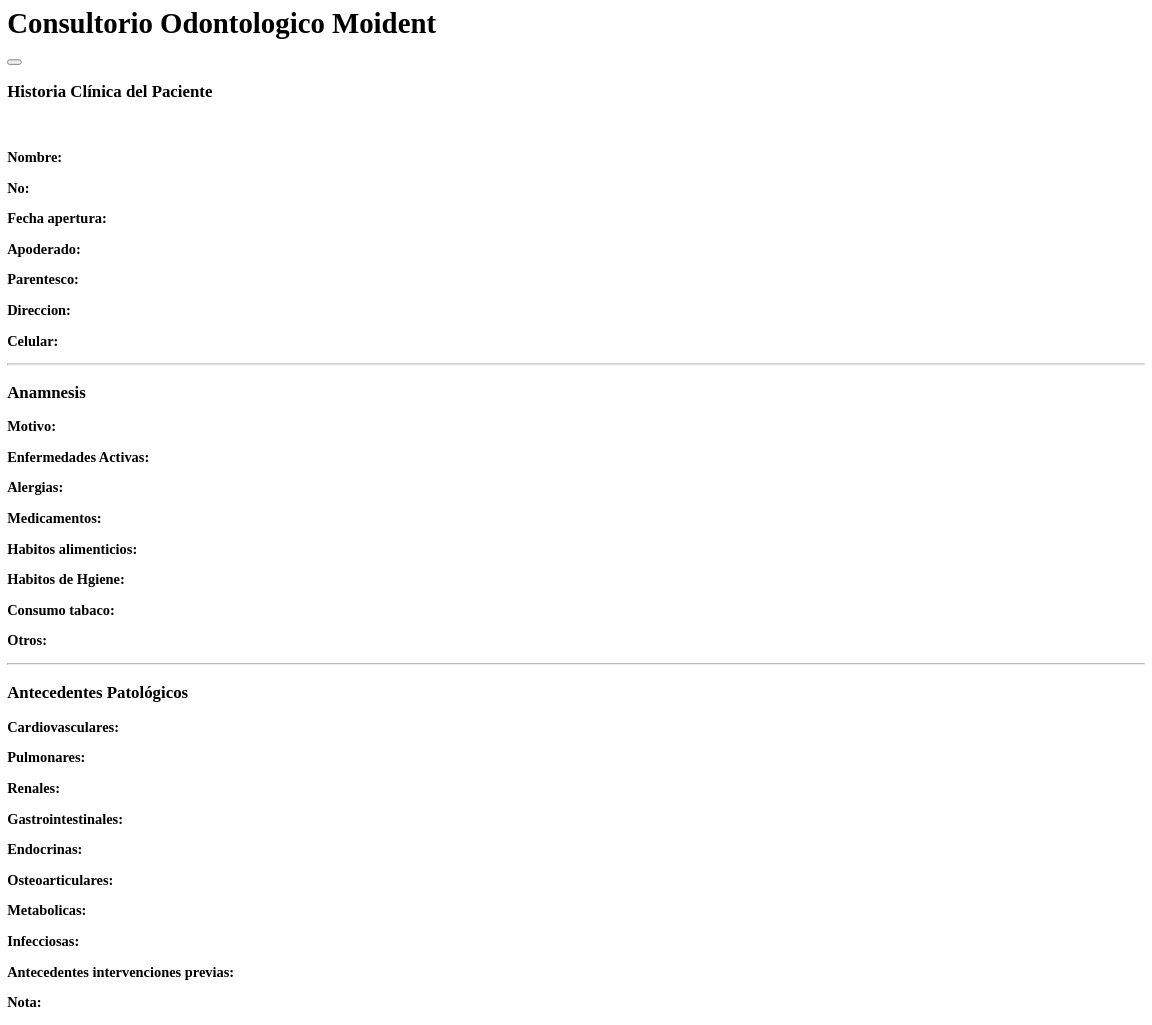
Repository: javix2/Consultorio_Dental
Page: resources/views/historialclinico/ver.blade.php
These files come from the project's save history. The page is drawn as it stood at one moment and after the next save; the edit follows.
The browser window is 1280 px wide. The pictures show the whole page, at 90% of full size.
The page is served by the project's Laravel application, run on PHP 8.4 with Laravel 10. Other server files are loaded and not shown. The template is opened directly, without the code that normally fills it, so the values that code supplies are empty.

Above is the page before, as saved 2024-10-14 19:45:21.

### routes/web.php
<?php

use App\Http\Controllers\AdminProfileControler;
use App\Http\Controllers\AppointmentController;
use App\Http\Controllers\CitaController;
// use App\Http\Controllers\CitaController;
use App\Http\Controllers\DoctorController;
use App\Http\Controllers\HistorialController;
use App\Http\Controllers\HomeController;
use App\Http\Controllers\HorarioController;
use App\Http\Controllers\OdontogramaController;
use App\Http\Controllers\PacienteController;
use App\Http\Controllers\PagoController;
use App\Http\Controllers\PatientController;
use App\Http\Controllers\RecordController;
use App\Http\Controllers\RecordTreatmController;
use App\Http\Controllers\TratamientoController;
use App\Http\Controllers\HistorialTratamController;
use App\Http\Controllers\SesionController;
use App\Http\Controllers\UsuarioController;
use App\Models\Appointment;
use App\Models\Doctor;
use App\Models\HistorialTratam;
use App\Models\Odontograma;
use App\Models\Tratamiento;
use App\Models\Treatment;
use App\Models\User;
use Illuminate\Support\Facades\Auth;
use Illuminate\Support\Facades\Route;
use Barryvdh\DomPDF\Facade as PDF;


/*
|--------------------------------------------------------------------------
| Web Routes
|--------------------------------------------------------------------------
|
| Here is where you can register web routes for your application. These
| routes are loaded by the RouteServiceProvider and all of them will
| be assigned to the "web" middleware group. Make something great!
|
*/

Route::get('/', function () {
    return view('home');
});

// Route::get('/', function () {
//     return view('auth.register');
// });


// Route::get('/', function () {
//     return view('auth.login');
// })->middleware('auth');
// Route::middleware(['auth'])->group(function () {
//     Route::get('/', function () {
//         return view('home');
//     });
// //     Route::get('/home', [HomeController::class, 'index'])->name('home');
// });

Route::get('/paciente/report', [PacienteController::class, 'report'])->name('paciente.reporte');

Route::resource('doctors', DoctorController::class);
// Route::get('users/{doctor}/create', [UsuarioController::class, 'create'])->name('users.create');
Route::get('/users/create/{doctor}', [UsuarioController::class, 'create'])->name('users.create');
Route::post('users/{doctor}', [UsuarioController::class, 'store'])->name('users.store');

Route::get('/users/{id}/edit', [UsuarioController::class, 'edit'])->name('users.edit');
Route::put('/users/{id}', [UsuarioController::class, 'update'])->name('users.update');

Route::get('/paciente/list',[ PacienteController::class, 'list'])->name('paciente.list');
Route::get('/doctor/list',[ DoctorController::class, 'list'])->name('doctor.list');
Route::get('/tratamiento/list',[ TratamientoController::class, 'list'])->name('tratamiento.list');

Route::resource('/home', HomeController::class);
Route::get('/get-data', [HomeController::class, 'getData'])->name('event.datos');
Route::get('/event/{id}', [HomeController::class, 'show2'])->name('event.show2');
Route::delete('/event/{id}', [HomeController::class, 'destroy'])->name('event.delete');
Route::put('/event2/{id}', [HomeController::class, 'update'])->name('event.update');


Route::post('/home/guardar', [HomeController::class, 'guardar'])->name('home.guardar');
Route::get('/home/{id}', [HomeController::class, 'busca']);
// Route::post('/guardar', [HomeController::class, 'guardar'])->name('home.guardar');
// Route::get('/get-citas', [HomeController::class, 'getCitas']);

Route::resource('/paciente', PacienteController::class);

Route::resource('/doctor', DoctorController::class);
Route::get('/cita/listar', [CitaController::class, 'listar'])->name('cita.listar');

Route::resource('/usuario', UsuarioController::class);
Route::get('/doctor/{id}/imprimir', [DoctorController::class, 'imprimir'])->name('doctor.imprimir');
Route::get('/paciente/busqueda', [PacienteController::class, 'busqueda'])->name('paciente.busqueda');
Route::get('/pago/busca', [PagoController::class, 'busca'])->name('pago.busca');
Route::get('/historialtratam/buscar', [HistorialTratamController::class, "buscar"])->name("historialtratam.buscar");
Route::get('/odontograma/buscar', [OdontogramaController::class, 'buscar'])->name('odontograma.buscar');


// Route::resource('/auth', UsuarioController::class);
Route::get('/pago/reportepago', [PagoController::class, 'reportepago'])->name('pago.reportepago');
Route::get('/pago/reporteboleta/{id}/imprimir', [PagoController::class, 'reporteboleta'])->name('pago.reporteboleta');
Route::get('/historials/report', [RecordTreatmController::class, 'report'])->name('historials.reporte');

Route::resource('/pago', PagoController::class);
Route::get('/cita/buscar', [CitaController::class, 'buscar'])->name('cita.buscar');

Route::get('pago/{id}/edit/pago', [PagoController::class, 'editPago'])->name('pago.editPago');
Route::put('pago/{id}/update/pago', [PagoController::class, 'updatePago'])->name('pago.updatePago');

Route::resource('/doctor', DoctorController::class);

Route::resource('/tratamiento', TratamientoController::class);

Route::resource('/cita', CitaController::class);
Route::delete('/citas/{id}/eliminar', [CitaController::class, 'eliminar'])->name('citas.eliminar2');
Route::put('/cita/{id}/cambiar-estado', [CitaController::class, 'cambiarEstado'])->name('citas.cambiar_estado');

Route::resource('/odontograma', OdontogramaController::class);

Route::resource('/historials', RecordTreatmController::class);
Route::resource('/historialclinico', HistorialController::class);
Route::get('/historialclinico/search', [HistorialController::class, "search"])->name("historialclinico.search");


Route::resource('/historialtratam', HistorialTratamController::class);
Route::get('/historialtratam/{id}/buscapaciente', [HistorialTratamController::class, 'buscapaciente'])->name('historialtratam.buscapaciente');
Route::post('/historialtratam/sesion/{id}/registro', [HistorialTratamController::class, 'sesionregistro'])->name('historialtratam.sesionregistro');
Route::delete('/historialtratam/sesion/{id}/elimina', [HistorialTratamController::class, 'elimina'])->name('historialtratam.elimina');

Route::resource('/sesion', SesionController::class);

Route::post('/usuario/editar', [AdminProfileControler::class, "update"])->name("usuario.update");
Route::get('adminlte_image', [AdminProfileControler::class, "dminlte_image"])->name("adminlte_image");

Auth::routes();

### resources/views/historialclinico/ver.blade.php
<!-- Modal-->

<div class="modal fade" id="modalVer{{$histo->id}}" tabindex="-1" aria-labelledby="exampleModalLabel" aria-hidden="true">
  <div class="modal-dialog modal-xl">
      <div class="modal-content">
          <div class="modal-header">
              <h1 class="modal-title fs-5 text-primary py-2 px-4" id="exampleModalLabel" > Consultorio Odontologico Moident</h1>
              <button type=" button" class="btn-close" data-bs-dismiss="modal" aria-label="Close"></button>
          </div>
          <div class="mx-5 mb-5">

          <div class="modal-body text-start">

            <h3 class="align-center">Historia Clínica del Paciente</h3><br>
            <p><strong>Nombre: </strong>{{ $histo->paciente->nombre }} {{ $histo->paciente->paterno}}   {{ $histo->paciente->materno}}</p>
            <div class="row">
              <div class="col-md-6">
                  <p><strong>No: </strong>{{ $histo->no_hc }}</p>
              </div>
              <div class="col-md-6">
                  <p><strong>Fecha apertura: </strong>{{ $histo->fecha_aper }}</p>
              </div>
            </div>
            <div class="row">
              <div class="col-md-6">
                  <p><strong>Apoderado: </strong>{{ $histo->apoderado }}</p>
              </div>
              <div class="col-md-6">
                  <p><strong>Parentesco: </strong>{{ $histo->parentesco }}</p>
              </div>
            </div>
            <div class="row">
              <div class="col-md-8">
                  <p><strong>Direccion: </strong>{{ $histo->direccion }}</p>
              </div>
              <div class="col-md-4">
                  <p><strong>Celular: </strong>{{ $histo->celular }}</p>
              </div>
            </div>
            <hr class="my-3">
            <div class="form-group row mt-3s">
              <h3 class="fs-5 text-primary text-center">Anamnesis</h3>
            </div>
            <p><strong>Motivo: </strong>{{ $histo->motivo }} </p>
            <div class="row">
              <div class="col-md-4">
                  <p><strong>Enfermedades Activas: </strong>{{ $histo->enf_act }}</p>
              </div>
              <div class="col-md-4">
                  <p><strong>Alergias: </strong>{{ $histo->alergias }}</p>
              </div>
              <div class="col-md-4">
                <p><strong>Medicamentos: </strong>{{ $histo->medicamentos }}</p>
              </div>
            </div>
            <div class="row">
              <div class="col-md-4">
                  <p><strong>Habitos alimenticios: </strong>{{ $histo->hab_alimen }}</p>
              </div>
              <div class="col-md-4">
                  <p><strong>Habitos de Hgiene: </strong>{{ $histo->hab_higiene }}</p>
              </div>
              <div class="col-md-4">
                <p><strong>Consumo tabaco: </strong>{{ $histo->tabaco }}</p>
              </div>
            </div>
            <p><strong>Otros: </strong>{{ $histo->otro }} </p>
            <hr class="my-3">
            <div class="form-group row mt-3s">
              <h3 class="fs-5 text-primary text-center">Antecedentes Patológicos</h3>
            </div>
            <div class="row">
              <div class="col-md-4">
                  <p><strong>Cardiovasculares: </strong>{{ $histo->cardiovas }}</p>
              </div>
              <div class="col-md-4">
                  <p><strong>Pulmonares: </strong>{{ $histo->pulmonares }}</p>
              </div>
              <div class="col-md-4">
                <p><strong>Renales: </strong>{{ $histo->renales }}</p>
              </div>
            </div>
            <div class="row">
              <div class="col-md-4">
                  <p><strong>Gastrointestinales: </strong>{{ $histo->gastrointes }}</p>
              </div>
              <div class="col-md-4">
                  <p><strong>Endocrinas: </strong>{{ $histo->endocrinas }}</p>
              </div>
              <div class="col-md-4">
                <p><strong>Osteoarticulares: </strong>{{ $histo->osteoarticu }}</p>
              </div>
            </div>
            <div class="row">
              <div class="col-md-4">
                  <p><strong>Metabolicas: </strong>{{ $histo->metabolicas }}</p>
              </div>
              <div class="col-md-4">
                  <p><strong>Infecciosas: </strong>{{ $histo->infecciosas }}</p>
              </div>

            </div>
            <p><strong>Antecedentes intervenciones previas: </strong>{{ $histo->interve_prev }} </p>
            <p><strong>Nota: </strong>{{ $histo->nota }} </p>





          </div>
        </div>

          {{--  <div class="modal-footer" py2>
            <a href="{{ route('pago.reporteboleta',$pago->id) }}" class="btn btn-primary" target="_blank"><i class="fa-solid fa-print"></i>
              Imprimir</a>

          </div>  --}}
      </div>
  </div>
</div>

Loaded but not shown: app/Http/Controllers/Auth/ConfirmPasswordController.php (common file); app/Http/Controllers/Controller.php (common file)

After the next save:
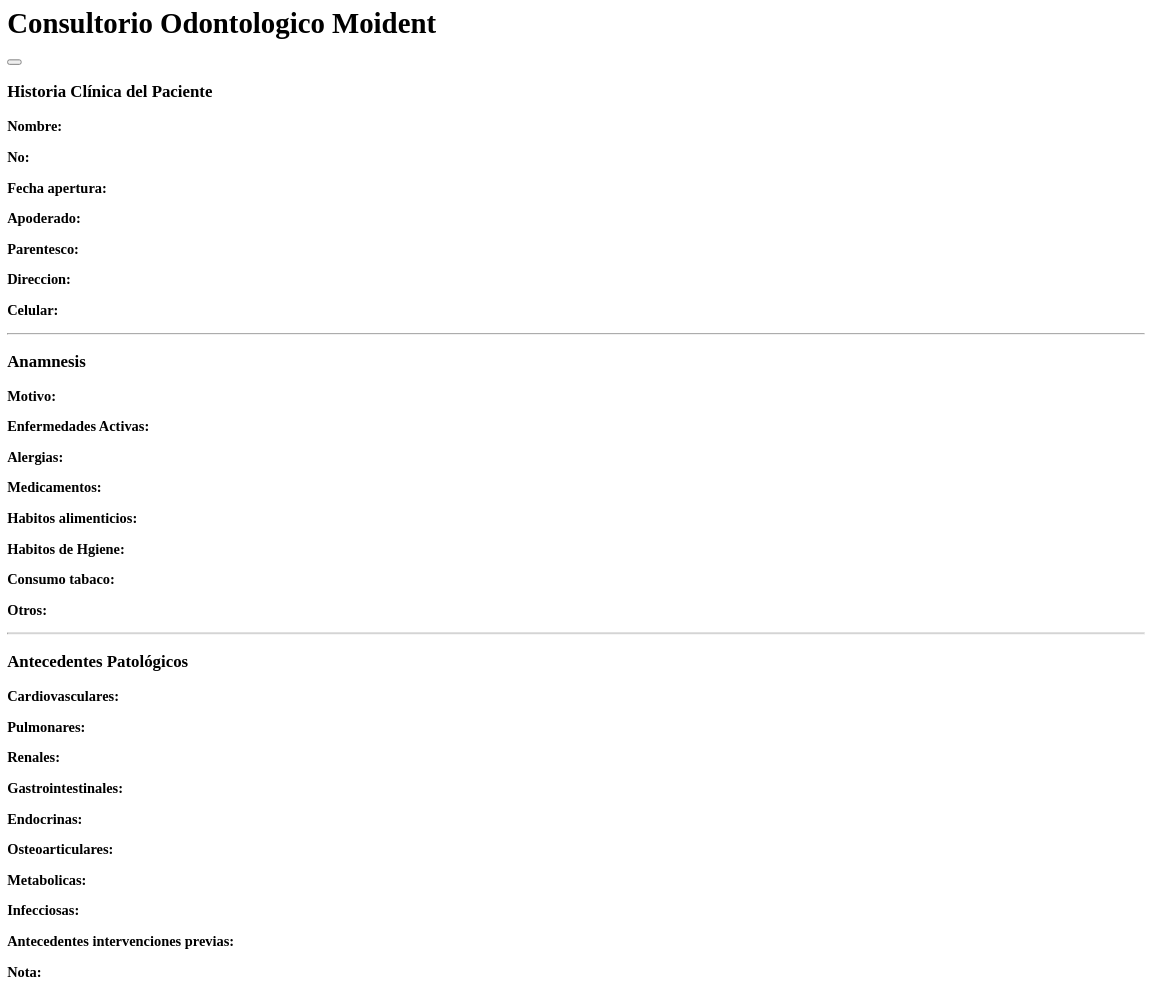
Saved 46 s later.
--- a/resources/views/historialclinico/ver.blade.php
+++ b/resources/views/historialclinico/ver.blade.php
@@ -11,7 +11,7 @@
 
           <div class="modal-body text-start">
 
-            <h3 class="align-center">Historia Clínica del Paciente</h3><br>
+            <div class="align-center"><h3>Historia Clínica del Paciente</h3></div>
             <p><strong>Nombre: </strong>{{ $histo->paciente->nombre }} {{ $histo->paciente->paterno}}   {{ $histo->paciente->materno}}</p>
             <div class="row">
               <div class="col-md-6">
